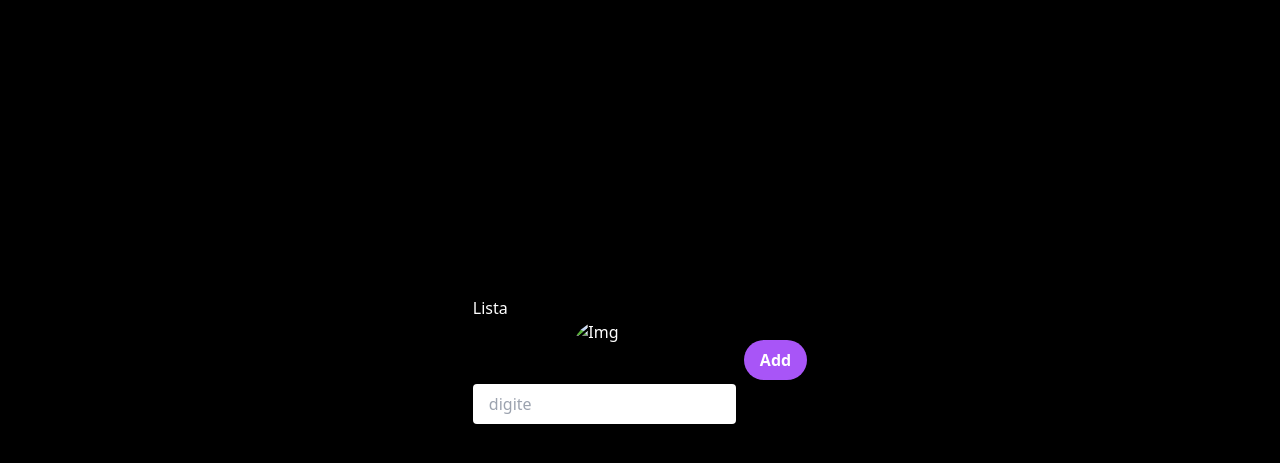
Repository: LuisSempre/FundamentosReact
Page: /
These files come from the project's save history. The page is drawn as it stood at one moment and after the next save; the edit follows.
The browser window is 1280 px wide. The pictures show the whole page.
The page's requests for data from a server got no answer. The project was rebuilt for these pictures with package versions that can differ from the ones it lists, and the page was loaded fresh each time. No one was signed in, and anything a server would have sent is missing. Also part of the build but not shown: vite.config.js, src/components/Card.tsx.

Above is the page before, as saved 2022-06-28 20:11:17.

After the next save:
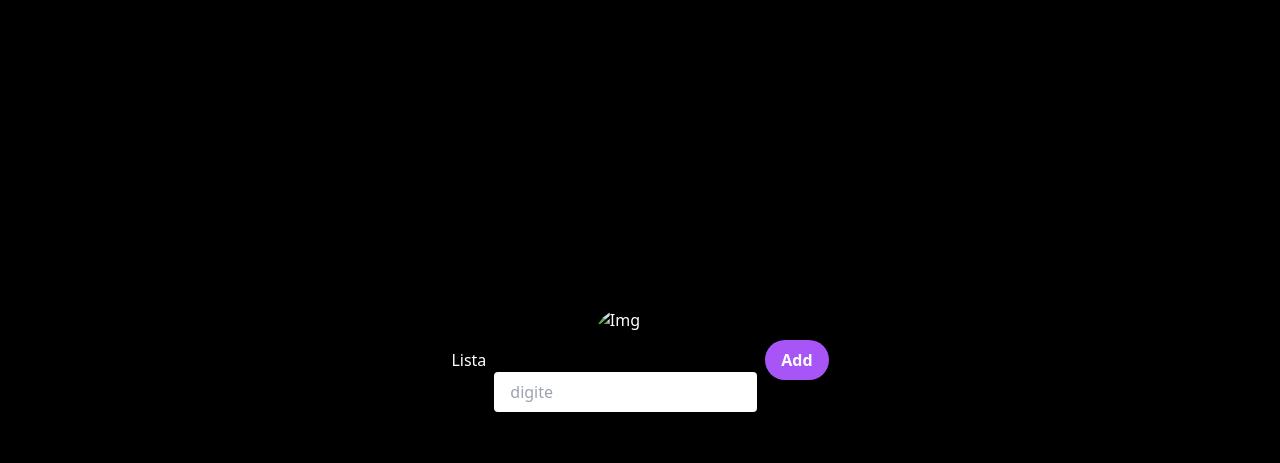
Saved 8 s later.
--- a/src/pages/Home.jsx
+++ b/src/pages/Home.jsx
@@ -29,8 +29,8 @@
   }, [])
   return (
     <div className="flex items-center justify-center min-h-screen space-x-2">
+        <h1>Lista</h1>
       <div>
-        <h1>Lista</h1>
         <div className="flex items-center justify-center">
           <strong>{user.name}</strong>
           <img className="w-16 h-16 rounded-full" src={user.avatar} alt="Img" />

After the save that followed:
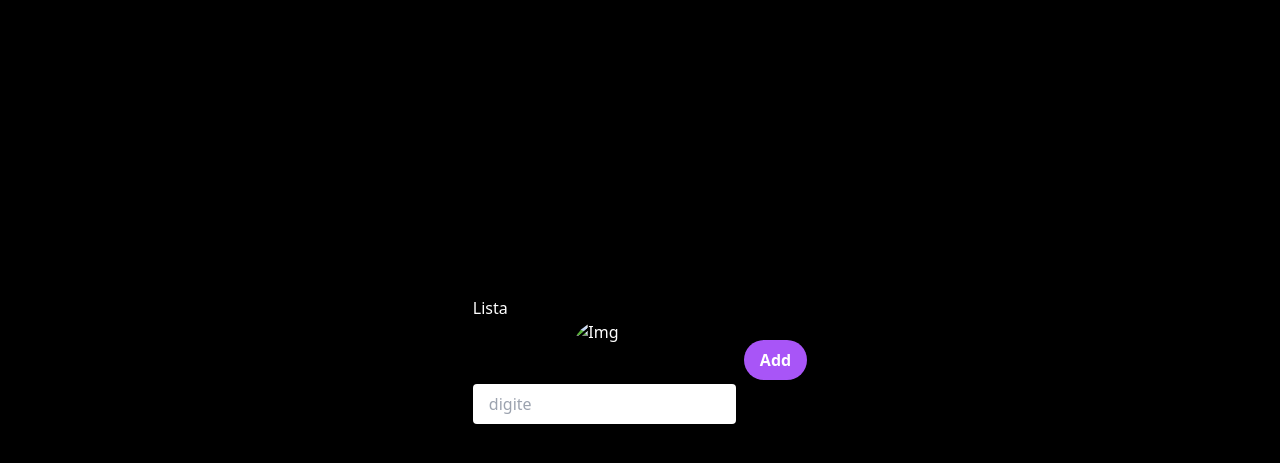
Saved 4 s later.
--- a/src/pages/Home.jsx
+++ b/src/pages/Home.jsx
@@ -29,8 +29,8 @@
   }, [])
   return (
     <div className="flex items-center justify-center min-h-screen space-x-2">
+      <div>
         <h1>Lista</h1>
-      <div>
         <div className="flex items-center justify-center">
           <strong>{user.name}</strong>
           <img className="w-16 h-16 rounded-full" src={user.avatar} alt="Img" />
